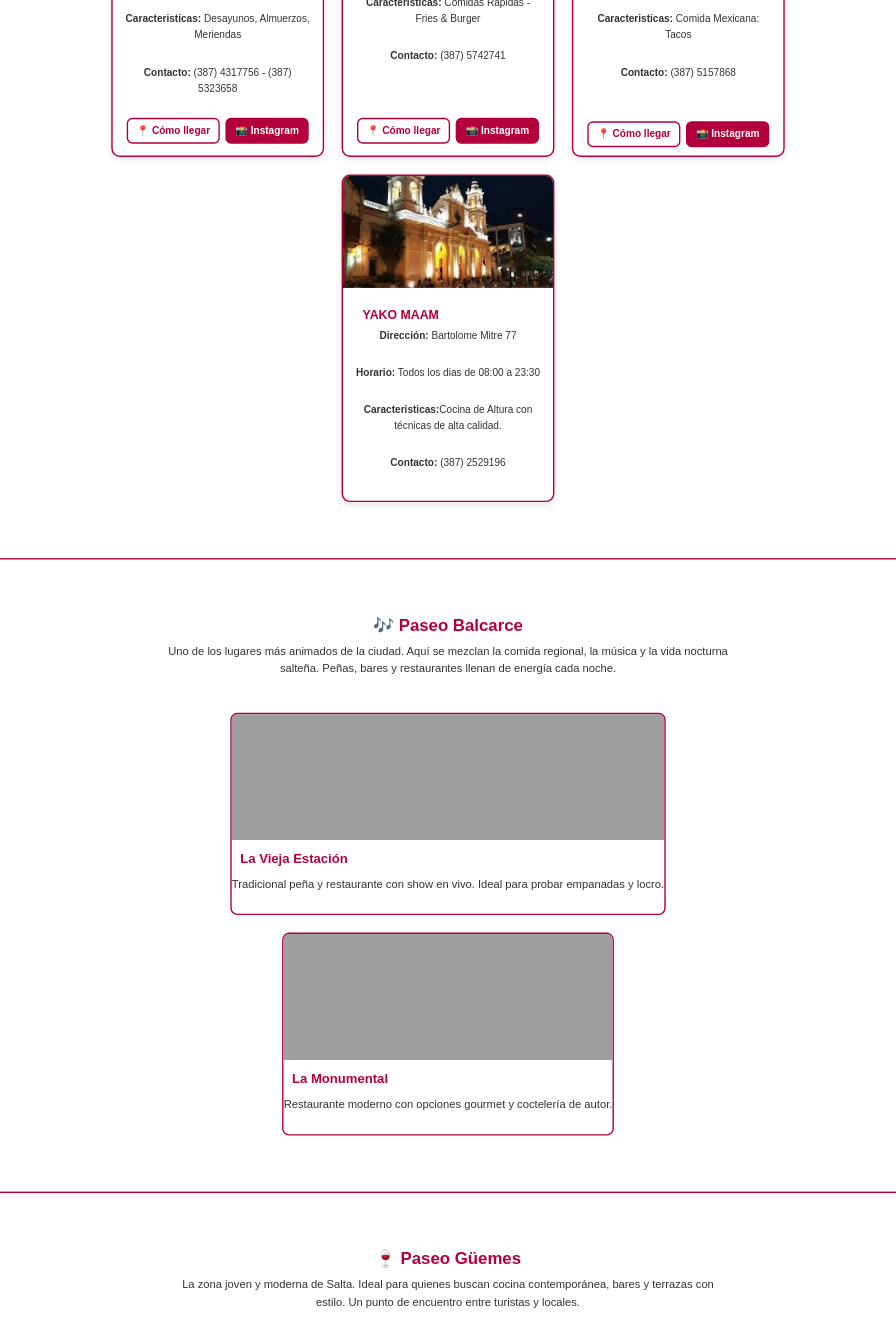
Repository: nahir95/come-en-salta
Page: restaurantes.html
These files come from the project's save history. The page is drawn as it stood at one moment and after the next save; the edit follows.
The browser window is 1280 px wide. The pictures show the part of the page from y = 885 to 2805 px (the page is 4914 px tall before and 5583 px after), at 70% of full size.
Pictures or frames that could not be fetched are drawn as grey boxes.

Above is the page before, as saved 2025-11-12 02:00:17.

### restaurantes.html
<!doctype html>
<html lang="es">
<head>
  <meta charset="utf-8" />
  <meta name="viewport" content="width=device-width, initial-scale=1" />
  <title>Restaurantes - Comé en Salta</title>
  <link rel="stylesheet" href="style.css">
</head>

<body>
  <header>
    <h1>Comé en Salta</h1>
    <nav>
      <a href="index.html">Inicio</a>
      <a href="restaurantes.html">Restaurantes</a>
      <a href="penas.html">Peñas</a>
      <a href="#contacto">Contacto</a>
    </nav>
  </header>

  <main class="restaurantes">
    <section class="intro">
      <h2>Los mejores lugares para disfrutar en Salta</h2>
      <p>Explorá los sabores salteños en cada rincón de la ciudad. Desde el corazón histórico hasta los paseos más modernos, la gastronomía local te invita a vivir experiencias únicas.</p>
    </section>

    <!-- PLAZA 9 DE JULIO -->
<section id="plaza9" class="zona">
  <h2>🍽️ Plaza 9 de Julio</h2>
  <p>El corazón histórico de Salta ofrece restaurantes con encanto colonial, ideales para disfrutar de la gastronomía local frente a la plaza principal.</p>

  <div class="zona-grid">

    <!-- Restaurante 1 -->
    <article class="card restaurante">
      <img src="imagenes/cafe-catedral.jpeg" alt="El Solar del Convento">
      <div class="card-content">
        <h3>CAFE CATEDRAL</h3>
        <p><strong>Dirección:</strong> Bartolomé Mitre 95</p>
        <p><strong>Horarios:</strong> Lunes a Viernes: 7:00 a 22:00 - Sabado: 7:00 a 14:00</p>
        <p><strong>Caracteristicas:</strong> Desayunos, Almuerzos, Meriendas</p>
        <p><strong>Contacto:</strong> (387) 4317756 - (387) 5323658</p>
        <div class="btns-resto">
          <a href="https://maps.app.goo.gl/VMKrjFsvunXBDcr2A" target="_blank" class="btn">📍 Cómo llegar</a>
          <a href="https://www.instagram.com/cafecatedral_?igsh=MnE1amYwa3dqeDF6" target="_blank" class="btn btn-secundario">📸 Instagram</a>
        </div>
      </div>
    </article>

    <!-- Restaurante 2 -->
    <article class="card restaurante">
      <img src="https://images.unsplash.com/photo-1565299624946-b28f40a0ae38?w=800" alt="Fritito">
      <div class="card-content">
        <h3>FRITITO</h3>
        <p><strong>Dirección:</strong> Bartolome Mitre 85</p>
        <p><strong>Horario:</strong> Todos los días de 10:00 a 23:00</p>
        <p><strong>Caracteristicas:</strong> Comidas Rapidas - Fries & Burger</p>
        <p><strong>Contacto:</strong> (387) 5742741</p> <br> <br>
        <div class="btns-resto">
          <a href="https://maps.app.goo.gl/fA5zTu5r4aBTFWrC6?g_st=aw" target="_blank" class="btn">📍 Cómo llegar</a>
          <a href="https://www.instagram.com/fritito.salta?igsh=MXFieXNvZHdlZHZzZg==" target="_blank" class="btn btn-secundario">📸 Instagram</a>
        </div>
      </div>
    </article>

    <!-- Restaurante 3 -->
     <article class="card restaurante">
      <img src="imagenes/carrusel-1.jpg" alt="El Wey">
      <div class="card-content">
        <h3>EL WEY</h3>
        <p><strong>Dirección:</strong> Bartolome Mitre 81</p>
        <p><strong>Horario:</strong> Todos los días de 12:00 a 16:00 y de 19:00 a 00:00</p>
        <p><strong>Caracteristicas:</strong> Comida Mexicana: Tacos</p>
        <p><strong>Contacto:</strong> (387) 5157868</p> <br>
        <div class="btns-resto">
          <a href="https://maps.app.goo.gl/HWUzTfTShyvQshCx5?g_st=aw" target="_blank" class="btn">📍 Cómo llegar</a>
          <a href="https://www.instagram.com/el_wey_tacos?igsh=Mzk2ZTZzdmM3N3g5" target="_blank" class="btn btn-secundario">📸 Instagram</a>
        </div>
      </div>
     </article>

     <!-- Restaurante 4 -->
      <article class="card restaurante">
        <img src="imagenes/cafe-catedral.jpeg" alt="Yako">
        <div class="card-content">
          <h3>YAKO MAAM</h3>
          <P><strong>Dirección:</strong> Bartolome Mitre 77</P>
          <p><strong>Horario:</strong> Todos los dias de 08:00 a 23:30</p>
          <p><strong>Caracteristicas:</strong>Cocina de Altura con técnicas de alta calidad.</p>
          <p><strong>Contacto:</strong> (387) 2529196</p>

        </div>

      </article>

  </div>
</section>


    <!-- PASEO BALCARCE -->
    <section id="balcarce" class="zona">
      <h2>🎶 Paseo Balcarce</h2>
      <p>Uno de los lugares más animados de la ciudad. Aquí se mezclan la comida regional, la música y la vida nocturna salteña. Peñas, bares y restaurantes llenan de energía cada noche.</p>

      <div class="zona-grid">
        <article class="card">
          <img src="https://images.unsplash.com/photo-1528605248644-14dd04022da1?w=800" alt="Paseo Balcarce Salta">
          <h3>La Vieja Estación</h3>
          <p>Tradicional peña y restaurante con show en vivo. Ideal para probar empanadas y locro.</p>
        </article>
        <article class="card">
          <img src="https://images.unsplash.com/photo-1600891964599-f61ba0e24092?w=800" alt="Restaurante moderno en Balcarce">
          <h3>La Monumental</h3>
          <p>Restaurante moderno con opciones gourmet y coctelería de autor.</p>
        </article>
      </div>
    </section>

    <!-- PASEO GÜEMES -->
    <section id="guemes" class="zona">
      <h2>🍷 Paseo Güemes</h2>
      <p>La zona joven y moderna de Salta. Ideal para quienes buscan cocina contemporánea, bares y terrazas con estilo. Un punto de encuentro entre turistas y locales.</p>

      <div class="zona-grid">
        <article class="card">
          <img src="https://images.unsplash.com/photo-1615719413546-198b25453f85?w=800" alt="Paseo Güemes">
          <h3>El Charrúa</h3>
          <p>Especialidad en carnes a la parrilla y vinos de altura. Un clásico salteño imperdible.</p>
        </article>
        <article class="card">
          <img src="https://images.unsplash.com/photo-1551218808-94e220e084d2?w=800" alt="Café moderno">
          <h3>Baco Resto Bar</h3>
          <p>Ambiente moderno y excelente coctelería, ideal para compartir entre amigos.</p>
        </article>
      </div>
    </section>

    <!-- CADENAS DE COMIDAS RÁPIDAS -->
    <section id="rapidas" class="zona">
      <h2>🍔 Cadenas de Comidas Rápidas</h2>
      <p>También hay opciones para quienes buscan algo rápido y conocido. Las principales cadenas se encuentran cerca del centro y los shoppings.</p>

      <ul class="lista-rapidas">
        <li>McDonald’s – Shopping Alto NOA</li>
        <li>Burger King – Caseros 500</li>
        <li>Mostaza – Paseo Güemes</li>
        <li>Subway – Balcarce 50</li>
      </ul>
    </section>

    <!-- EXTRA: RESTAURANTES DESTACADOS -->
    <section id="destacados" class="zona">
      <h2>⭐ Recomendados por los turistas</h2>
      <p>Según visitantes y locales, estos son algunos de los restaurantes imperdibles para vivir la experiencia completa de la gastronomía salteña.</p>
      <div class="zona-grid">
        <article class="card">
          <img src="https://images.unsplash.com/photo-1504674900247-0877df9cc836?w=800" alt="Empanadas salteñas">
          <h3>Doña Salta</h3>
          <p>Empanadas caseras, locro y guisos típicos en un ambiente colonial.</p>
        </article>
        <article class="card">
          <img src="https://images.unsplash.com/photo-1601924582971-c8b28a3a13f1?w=800" alt="Locro salteño">
          <h3>El Patio de la Empanada</h3>
          <p>Conocido por su sabor auténtico y precios populares. Ideal para turistas.</p>
        </article>
      </div>
    </section>
  </main>

  <footer>
    Creado con ❤️ por Comé en Salta · 2025
  </footer>
</body>
</html>

### style.css
/* ==========================
   ESTILOS GENERALES
========================== */
body {
  margin: 0;
  font-family: 'Poppins', sans-serif;
  background-color: #fff;
  color: #000;
}

/* ==========================
   HEADER
========================== */
header {
  display: flex;
  justify-content: space-between;
  align-items: center;
  background-color: #fff;
  padding: 15px 30px;
  border-bottom: 3px solid #b3003c;
}

header h1 {
  color: #b3003c;
  font-size: 1.6rem;
}

nav {
  display: flex;
  gap: 25px;
}

nav a {
  text-decoration: none;
  color: #000;
  font-weight: 600;
  transition: color 0.3s ease;
}

nav a:hover {
  color: #b3003c;
}

/* ==========================
   CARRUSEL (HERO)
========================== */
.hero {
  position: relative;
  width: 100%;
  overflow: hidden;
}

.carousel-container {
  position: relative;
  width: 100%;
  height: 80vh;
}

.carousel {
  display: flex;
  width: 300%;
  transition: transform 0.8s ease-in-out;
}

.carousel img {
  width: 100%;
  height: 80vh;
  object-fit: cover;
  filter: brightness(0.7);
}

/* Botones del carrusel */
.btn-carrusel {
  position: absolute;
  top: 50%;
  transform: translateY(-50%);
  background-color: rgba(179, 0, 60, 0.8);
  color: white;
  border: none;
  font-size: 2rem;
  padding: 10px 15px;
  cursor: pointer;
  border-radius: 50%;
  transition: background 0.3s ease;
}

.btn-carrusel:hover {
  background-color: #b3003c;
}

#prev { left: 20px; }
#next { right: 20px; }

/* Texto sobre el carrusel */
.overlay {
  position: absolute;
  top: 50%;
  left: 50%;
  transform: translate(-50%, -50%);
  color: white;
  text-align: center;
  text-shadow: 0 2px 5px rgba(0,0,0,0.7);
}

.overlay h2 {
  font-size: 2rem;
  color: #fff;
  margin-bottom: 10px;
}

.overlay p {
  font-size: 1.2rem;
}

/* ==========================
   SECCIÓN INICIO
========================== */
.inicio {
  text-align: center;
  padding: 80px 20px;
  background-color: #fff;
}

.inicio h2 {
  color: #b3003c;
  font-size: 2rem;
  margin-bottom: 15px;
}

.inicio p {
  max-width: 800px;
  margin: 0 auto 30px auto;
  color: #333;
  line-height: 1.6;
}

/* BOTONES PRINCIPALES */
.inicio-buttons .btn {
  display: inline-block;
  margin: 10px;
  padding: 12px 24px;
  border: 2px solid #b3003c;
  border-radius: 8px;
  color: #b3003c;
  background: transparent;
  text-decoration: none;
  font-weight: 600;
  transition: all 0.3s ease;
}

.inicio-buttons .btn:hover {
  background: #b3003c;
  color: white;
}
/* ==========================
   SECCIÓN "POR QUÉ COMER EN SALTA"
========================== */
.porque {
  text-align: center;
  padding: 60px 20px;
  background-color: #f7f7f7;
  border-top: 2px solid #b3003c;
  border-bottom: 2px solid #b3003c;
}

.porque h2 {
  color: #b3003c;
  margin-bottom: 15px;
}

.porque p {
  max-width: 800px;
  margin: auto;
  font-size: 1.1rem;
  color: #333;
  line-height: 1.6;
}

/* ==========================
   SABORES
========================== */
.sabores {
  padding: 60px 20px;
  background-color: #fff;
  text-align: center;
}

.sabores h2 {
  color: #b3003c;
  margin-bottom: 25px;
}

.sabores-grid {
  display: grid;
  grid-template-columns: repeat(auto-fit, minmax(220px, 1fr));
  gap: 25px;
}

.plato {
  background: #fff;
  border-radius: 12px;
  border: 2px solid #b3003c;
  overflow: hidden;
  transition: transform 0.3s ease, box-shadow 0.3s ease;
}

.plato:hover {
  transform: scale(1.05);
  box-shadow: 0 4px 12px rgba(0,0,0,0.15);
}

.plato img {
  width: 100%;
  height: 160px;
  object-fit: cover;
}

.plato h3 {
  padding: 12px;
  color: #b3003c;
}

/* ==========================
   FRASE FINAL
========================== */
.frase {
  background: #b3003c;
  color: white;
  text-align: center;
  padding: 40px 10px;
  font-style: italic;
  font-size: 1.2rem;
}

/* ==========================
   FOOTER
========================== */
footer {
  background-color: #fff;
  color: #333;
  text-align: center;
  padding: 20px;
  border-top: 3px solid #b3003c;
  font-weight: 500;
}
.carousel-container {
  position: relative;
  overflow: hidden;
  width: 100%;
  height: 400px;
}

.carousel {
  display: flex;
  transition: transform 1s ease;
  width: 100%;
  height: 100%;
}

.carousel img {
  flex: 0 0 100%;
  width: 100%;
  height: 100%;
  object-fit: cover;
}
/* ==========================
   RESTAURANTES
========================== */
.restaurantes .intro {
  text-align: center;
  padding: 60px 20px;
}

.restaurantes .intro h2 {
  color: #b3003c;
  margin-bottom: 10px;
}

.restaurantes .zona {
  padding: 60px 20px;
  border-top: 2px solid #b3003c;
  background-color: #fff;
}

.restaurantes .zona h2 {
  color: #b3003c;
  margin-bottom: 10px;
  text-align: center;
}

.restaurantes .zona p {
  text-align: center;
  max-width: 800px;
  margin: 0 auto 30px auto;
  line-height: 1.6;
  color: #333;
}

.zona-grid {
  display: grid;
  grid-template-columns: repeat(auto-fit, minmax(250px, 1fr));
  gap: 25px;
}

.card {
  background: #fff;
  border: 2px solid #b3003c;
  border-radius: 10px;
  overflow: hidden;
  transition: transform 0.3s ease, box-shadow 0.3s ease;
}

.card:hover {
  transform: scale(1.05);
  box-shadow: 0 4px 12px rgba(0,0,0,0.15);
}

.card img {
  width: 100%;
  height: 180px;
  object-fit: cover;
}

.card h3 {
  margin: 12px;
  color: #b3003c;
}

.card p {
  margin: 0 12px 15px 12px;
  color: #333;
}

.lista-rapidas {
  max-width: 600px;
  margin: 0 auto;
  list-style: none;
  padding: 0;
  text-align: center;
}

.lista-rapidas li {
  background: #f8f8f8;
  border: 1px solid #b3003c;
  padding: 10px;
  border-radius: 6px;
  margin-bottom: 8px;
  color: #333;
  transition: background 0.3s;
}

.lista-rapidas li:hover {
  background: #b3003c;
  color: white;
}
/* === Contenedor general de las tarjetas === */
.zona-grid {
  display: flex;
  flex-wrap: wrap;
  justify-content: center; /* 🔹 centra todas las tarjetas */
  gap: 25px; /* espacio entre tarjetas */
  max-width: 1000px; /* 🔹 limita el ancho total del grid */
  margin: 0 auto; /* centra el bloque en la página */
  padding: 20px;
}

/* === Tarjetas de restaurantes === */
.restaurante {
  background: #fff;
  border: 2px solid #b3003c;
  border-radius: 12px;
  overflow: hidden;
  flex: 1 1 calc(33.333% - 40px); /* 🔹 3 por fila con espacio */
  max-width: 300px; /* evita que crezcan demasiado */
  box-shadow: 0 4px 10px rgba(0,0,0,0.1);
  transition: transform 0.3s ease, box-shadow 0.3s ease;
}

.restaurante:hover {
  transform: translateY(-5px);
  box-shadow: 0 6px 16px rgba(0,0,0,0.15);
}

.restaurante img {
  width: 100%;
  height: 160px;
  object-fit: cover;
}

.restaurante .card-content {
  padding: 12px 16px;
}

.restaurante h3 {
  color: #b3003c;
  font-size: 1.1rem;
  margin-bottom: 8px;
}

.restaurante p {
  color: #333;
  margin: 4px 0;
  font-size: 0.9rem;
}

/* === Botones === */
.btns-resto {
  display: flex;
  justify-content: center;
  gap: 8px;
  margin-top: 10px;
  flex-wrap: wrap;
}

.btns-resto .btn {
  display: inline-block;
  text-align: center;
  padding: 8px 12px;
  border: 2px solid #b3003c;
  border-radius: 8px;
  text-decoration: none;
  color: #b3003c;
  font-weight: 600;
  transition: all 0.3s ease;
  font-size: 0.9rem;
}

.btns-resto .btn:hover {
  background: #b3003c;
  color: #fff;
}

.btns-resto .btn-secundario {
  background: #b3003c;
  color: #fff;
}

.btns-resto .btn-secundario:hover {
  background: transparent;
  color: #b3003c;
}

After the next save:
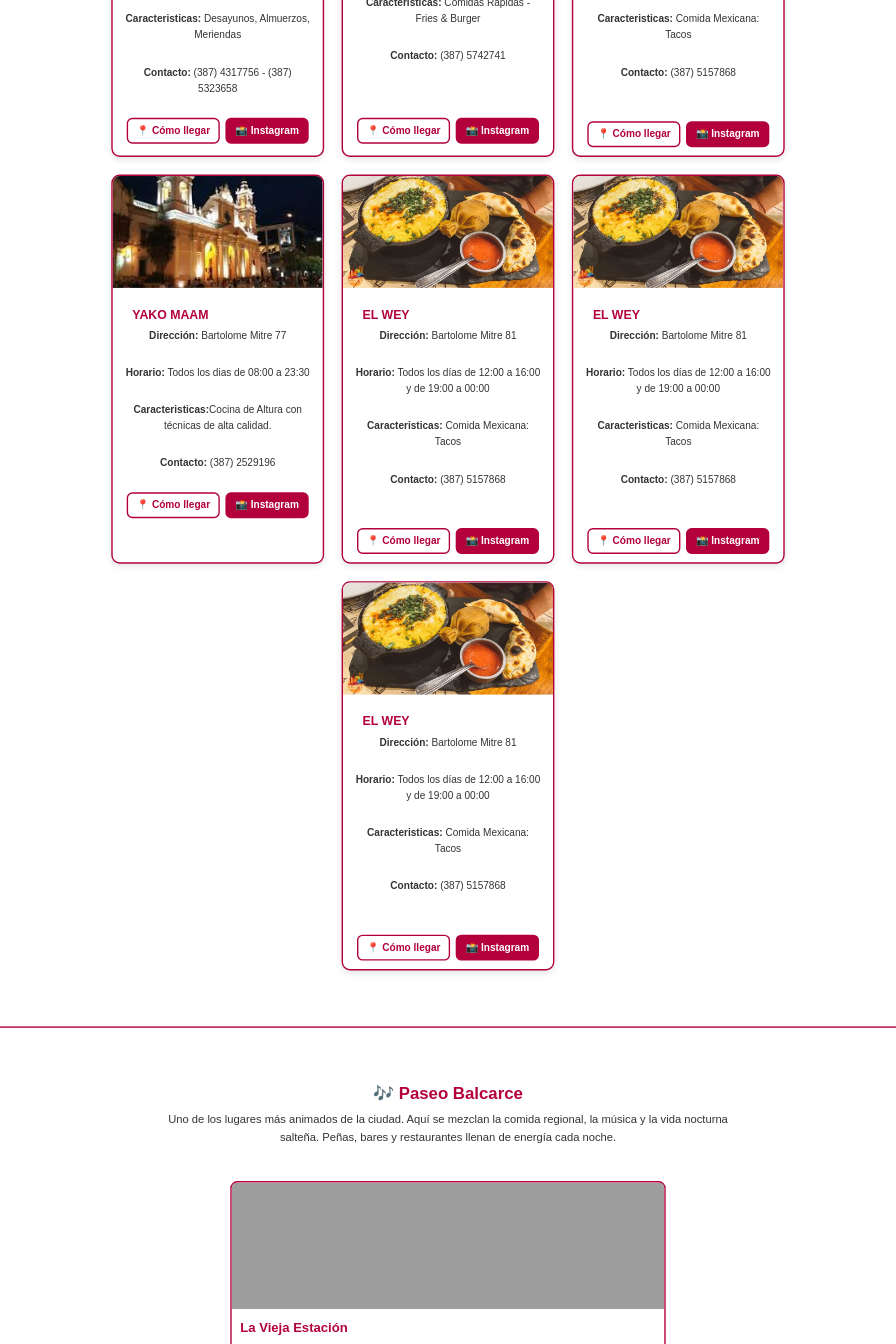
Saved 11 min 39 s later.
--- a/restaurantes.html
+++ b/restaurantes.html
@@ -88,10 +88,63 @@
           <p><strong>Horario:</strong> Todos los dias de 08:00 a 23:30</p>
           <p><strong>Caracteristicas:</strong>Cocina de Altura con técnicas de alta calidad.</p>
           <p><strong>Contacto:</strong> (387) 2529196</p>
-
-        </div>
-
+           <div class="btns-resto">
+          <a href="https://maps.app.goo.gl/gud9KhsUfRgktwaAA?g_st=aw" target="_blank" class="btn">📍 Cómo llegar</a>
+          <a href="https://www.instagram.com/yako.maam?igsh=ZW82NnRrNmltaHpj" target="_blank" class="btn btn-secundario">📸 Instagram</a>
+        </div>
+        </div>
       </article>
+
+       <!-- Restaurante 5 -->
+     <article class="card restaurante">
+      <img src="imagenes/carrusel-1.jpg" alt="El Wey">
+      <div class="card-content">
+        <h3>EL WEY</h3>
+        <p><strong>Dirección:</strong> Bartolome Mitre 81</p>
+        <p><strong>Horario:</strong> Todos los días de 12:00 a 16:00 y de 19:00 a 00:00</p>
+        <p><strong>Caracteristicas:</strong> Comida Mexicana: Tacos</p>
+        <p><strong>Contacto:</strong> (387) 5157868</p> <br>
+        <div class="btns-resto">
+          <a href="https://maps.app.goo.gl/HWUzTfTShyvQshCx5?g_st=aw" target="_blank" class="btn">📍 Cómo llegar</a>
+          <a href="https://www.instagram.com/el_wey_tacos?igsh=Mzk2ZTZzdmM3N3g5" target="_blank" class="btn btn-secundario">📸 Instagram</a>
+        </div>
+      </div>
+     </article>
+
+      <!-- Restaurante 6 -->
+     <article class="card restaurante">
+      <img src="imagenes/carrusel-1.jpg" alt="El Wey">
+      <div class="card-content">
+        <h3>EL WEY</h3>
+        <p><strong>Dirección:</strong> Bartolome Mitre 81</p>
+        <p><strong>Horario:</strong> Todos los días de 12:00 a 16:00 y de 19:00 a 00:00</p>
+        <p><strong>Caracteristicas:</strong> Comida Mexicana: Tacos</p>
+        <p><strong>Contacto:</strong> (387) 5157868</p> <br>
+        <div class="btns-resto">
+          <a href="https://maps.app.goo.gl/HWUzTfTShyvQshCx5?g_st=aw" target="_blank" class="btn">📍 Cómo llegar</a>
+          <a href="https://www.instagram.com/el_wey_tacos?igsh=Mzk2ZTZzdmM3N3g5" target="_blank" class="btn btn-secundario">📸 Instagram</a>
+        </div>
+      </div>
+     </article>
+
+      <!-- Restaurante 7 -->
+     <article class="card restaurante">
+      <img src="imagenes/carrusel-1.jpg" alt="El Wey">
+      <div class="card-content">
+        <h3>EL WEY</h3>
+        <p><strong>Dirección:</strong> Bartolome Mitre 81</p>
+        <p><strong>Horario:</strong> Todos los días de 12:00 a 16:00 y de 19:00 a 00:00</p>
+        <p><strong>Caracteristicas:</strong> Comida Mexicana: Tacos</p>
+        <p><strong>Contacto:</strong> (387) 5157868</p> <br>
+        <div class="btns-resto">
+          <a href="https://maps.app.goo.gl/HWUzTfTShyvQshCx5?g_st=aw" target="_blank" class="btn">📍 Cómo llegar</a>
+          <a href="https://www.instagram.com/el_wey_tacos?igsh=Mzk2ZTZzdmM3N3g5" target="_blank" class="btn btn-secundario">📸 Instagram</a>
+        </div>
+      </div>
+     </article>
+
+
+
 
   </div>
 </section>
